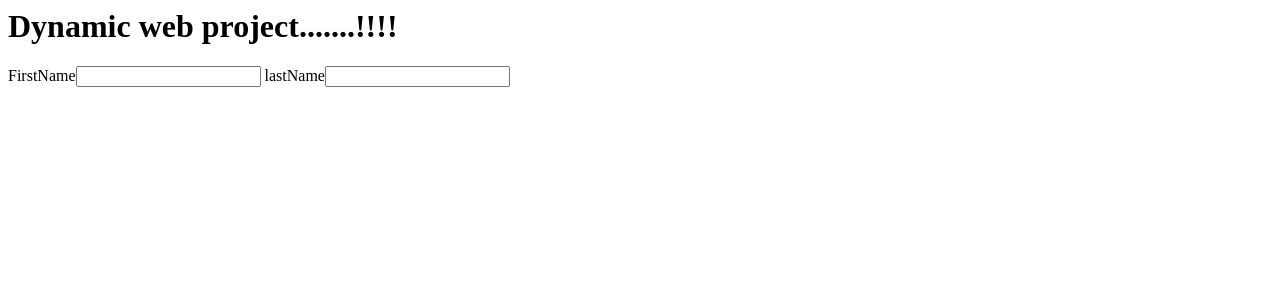
Repository: vikash9562/AdvanceJava
Page: http://localhost/DynamicProject/FirstServlet
These files come from the project's save history. The page is drawn as it stood at one moment and after the next save; the edit follows.
The browser window is 1280 px wide. The pictures show the whole page.
The page is served by Tomcat 9. Other server files are loaded and not shown.

Above is the page before, as saved 2023-08-16 08:25:35.

### advance java/DynamicProject/src/in/co/rays/ctl/FirstServlet.java
package in.co.rays.ctl;

import java.io.IOException;
import java.io.PrintWriter;

import javax.servlet.ServletException;
import javax.servlet.annotation.WebServlet;
import javax.servlet.http.HttpServlet;
import javax.servlet.http.HttpServletRequest;
import javax.servlet.http.HttpServletResponse;

@WebServlet("/FirstServlet")

public class FirstServlet extends HttpServlet {

	@Override
	protected void doGet(HttpServletRequest req, HttpServletResponse resp) throws ServletException, IOException {

		resp.setContentType("text/html");

		PrintWriter out = resp.getWriter();

		out.println("<h1>Dynamic web project.......!!!!</h1>");
		out.print("<td>FirstName</td>");
		out.println("<td><input type='text' name='firstName'></td>");
		out.print("<td>lastName</td>");
		out.println("<td><input type='text' name='lastName'></td>");


		out.close();



	}

	@Override
	protected void doPost(HttpServletRequest req, HttpServletResponse resp) throws ServletException, IOException {

		System.out.println("hello dear");
		}

}

After the next save:
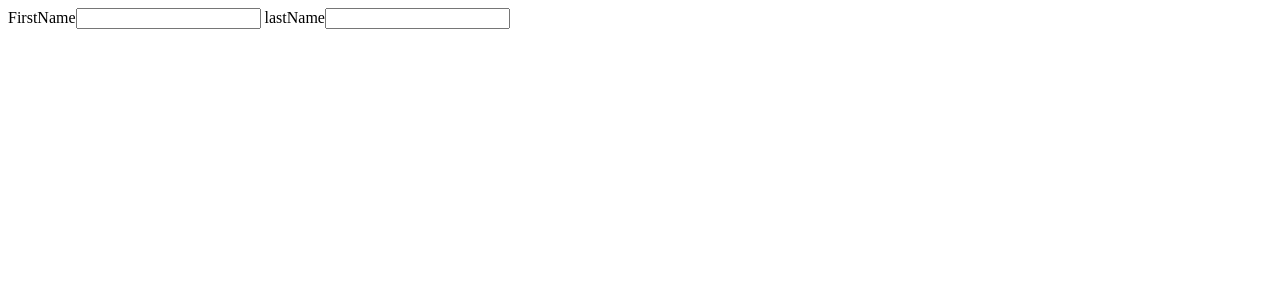
Saved 39 s later.
--- a/advance java/DynamicProject/src/in/co/rays/ctl/FirstServlet.java
+++ b/advance java/DynamicProject/src/in/co/rays/ctl/FirstServlet.java
@@ -20,9 +20,10 @@ public class FirstServlet extends HttpServlet {
 
 		PrintWriter out = resp.getWriter();
 
-		out.println("<h1>Dynamic web project.......!!!!</h1>");
+		//out.println("<h1>Dynamic web project.......!!!!</h1>");
 		out.print("<td>FirstName</td>");
 		out.println("<td><input type='text' name='firstName'></td>");
+
 		out.print("<td>lastName</td>");
 		out.println("<td><input type='text' name='lastName'></td>");
 
